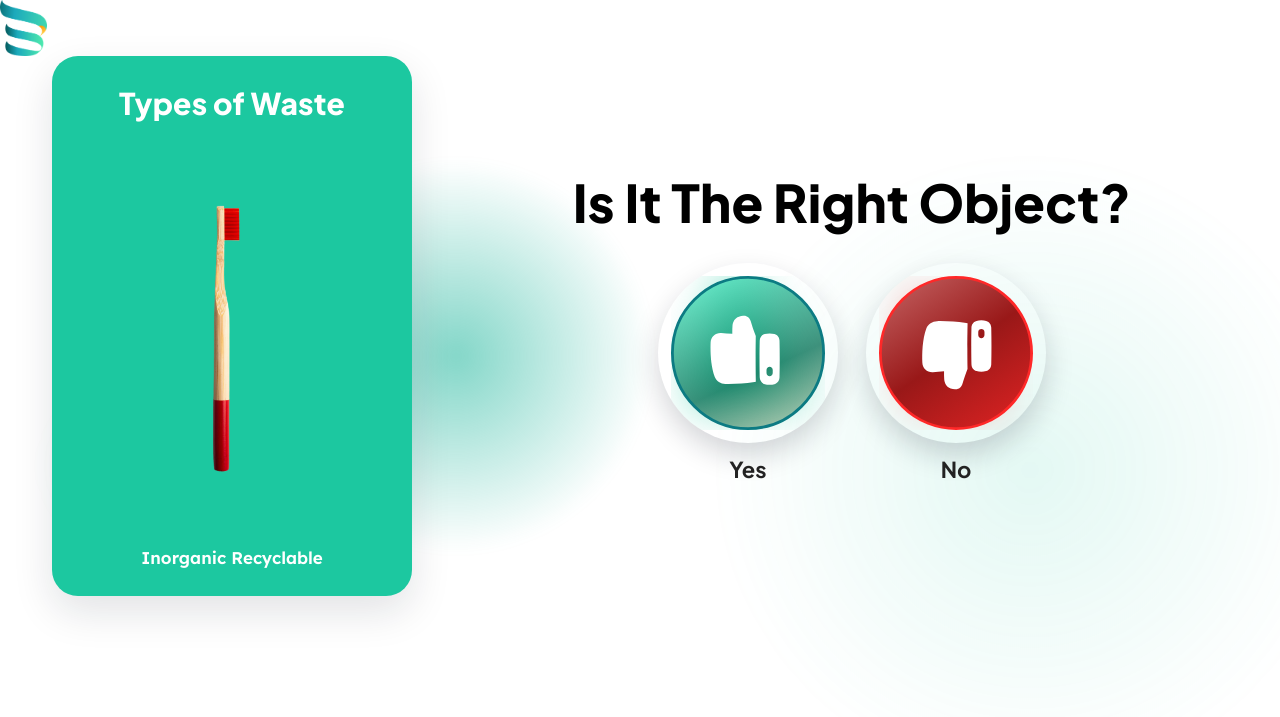
Repository: william-saputra/nusabin
Page: pages/products.html
These files come from the project's save history. The page is drawn as it stood at one moment and after the next save; the edit follows.
The browser window is 1280 px wide. The pictures show the whole page.

Above is the page before, as saved 2025-08-13 10:58:30.

### pages/products.html
<!DOCTYPE html>
<html lang="en">
  <head>
    <meta charset="UTF-8" />
    <meta name="viewport" content="width=device-width, initial-scale=1.0" />
    <title>Nusabin – Products</title>
    <link href="https://fonts.googleapis.com/css2?family=Lexend:wght@400;600;700;800&family=Plus+Jakarta+Sans:wght@600;700;800&display=swap" rel="stylesheet" />
    <link rel="stylesheet" href="../styles/base.css" />
    <link rel="stylesheet" href="../styles/pages/products.css" />
  </head>
  <body>
    <div class="products-page">
      <header class="topbar">
        <img src="../assets/images/green_logo.png" alt="Nusabin" class="logo" />
        <div class="spacer"></div>
      </header>

      <main class="products-layout container">
        <section class="left-col">
          <article class="waste-card" aria-label="Types of Waste card">
            <h2 class="card-title">Types of Waste</h2>
            <div class="waste-visual">
              <img src="../assets/images/toothbrush.png" alt="Toothbrush" class="waste-image" />
            </div>
            <div class="waste-label">Inorganic Recyclable</div>
          </article>
        </section>

        <section class="right-col">
          <h1 class="page-heading">Is It The Right Object?</h1>
          <div class="actions" role="group" aria-label="Confirmation actions">
            <div class="action">
              <button class="round-btn yes" type="button" aria-label="Yes">
                <img src="../assets/icons/yes.svg" alt="Yes" />
              </button>
              <div class="btn-caption">Yes</div>
            </div>
            <div class="action">
              <button class="round-btn no" type="button" aria-label="No">
                <img src="../assets/icons/no.svg" alt="No" />
              </button>
              <div class="btn-caption">No</div>
            </div>
          </div>
        </section>
      </main>
    </div>
  </body>
  </html>

### styles/base.css
:root {
  --bg: #f6f9f8;
  --card: #ffffff;
  --text: #0b1220;
  --muted: #6b7280;
  --primary: #1cb59b;
  --danger: #e53935;
  --warning: #ffb74d;
  --ring: rgba(28, 181, 155, 0.35);
}

* { box-sizing: border-box; }
html, body { height: 100%; }
body {
  margin: 0;
  font-family: Lexend, Inter, system-ui, -apple-system, Segoe UI, Roboto, Helvetica, Arial, "Apple Color Emoji", "Segoe UI Emoji";
  color: var(--text);
  background: radial-gradient(1200px 700px at 70% 70%, #7ed8c4 0%, #b8efe5 35%, #f6f9f8 65%) no-repeat fixed;
}

/* Generic layout */
.homepage { padding: 24px; }
.topbar { display: flex; align-items: center; gap: 16px; }
.spacer { flex: 1 1 auto; }
.logo { height: 56px; }

.theme-toggle { display: flex; align-items: center; gap: 10px; font-weight: 600; }
.theme-toggle .label { opacity: 0.9; }

/* Toggle */
.switch { position: relative; display: inline-block; width: 54px; height: 30px; }
.switch input { display: none; }
.slider { position: absolute; cursor: pointer; top: 0; left: 0; right: 0; bottom: 0; background: #111; transition: .2s; border-radius: 999px; }
.slider:before { position: absolute; content: ""; height: 22px; width: 22px; left: 4px; bottom: 4px; background: #fff; transition: .2s; border-radius: 50%; }
input:checked + .slider { background: #cdd2d6; }
input:checked + .slider:before { transform: translateX(24px); }

/* Alerts */
.alerts { display: grid; grid-template-columns: 1fr; gap: 12px; margin: 18px 0; }
.alert { display: grid; grid-template-columns: auto 1fr auto; align-items: center; gap: 12px; padding: 8px 16px; border-radius: 50px; box-shadow: 0 8px 24px rgba(0,0,0,.06); font-family: Lexend, Inter, sans-serif; border: 1px solid currentColor; }
.alert .text { font-weight: 600; letter-spacing: .2px; }
.alert .close { appearance: none; border: 0; background: transparent; cursor: pointer; opacity: 0.6; font-size: 16px; color: inherit; }
.alert.pill[data-variant="danger"] { color: #FF2828; background: #FFECEC; }
.alert.pill[data-variant="warning"] { color: #EA800E; background: #FFF2E3; }
.alert-icon { flex: 0 0 auto; width: 40px; height: 40px; }

/* Align alerts: left and right margins consistent */
.left-col .alerts, .right-panel .alerts { margin: 16px 8px; }

/* Page bottom glow circle */
.page-bottom-decor { position: fixed; left: 50%; bottom: -180px; transform: translateX(-50%); width: 1200px; height: 1200px; border-radius: 50%; background: radial-gradient(closest-side, rgba(18,184,134,0.35), rgba(18,184,134,0) 70%); filter: blur(12px); pointer-events: none; z-index: -1; }

/* Main layout */
.layout { display: grid; grid-template-columns: 1.35fr 480px; gap: 24px; align-items: start; }
.left-col { display: block; }
.left-grid { display: grid; grid-template-columns: 1.7fr 1fr; gap: 18px; }

.card { background: var(--card); border-radius: 22px; padding: 28px; box-shadow: 0 6px 20px rgba(0,0,0,.06); position: relative; overflow: hidden; }
.card::before, .card::after { content: ""; position: absolute; pointer-events: none; border-radius: 50%; filter: blur(40px); opacity: 0.9; }
.card::before { width: 260px; height: 180px; top: -70px; right: 30px; background: radial-gradient(closest-side, rgba(255,189,57,0.55), rgba(255,189,57,0) 70%); }
.card::after  { width: 220px; height: 160px; top: -50px; left: 40%; transform: translateX(-50%); background: radial-gradient(closest-side, rgba(255,225,149,0.55), rgba(255,225,149,0) 70%); }
.card-buckets { display: block; background: #E2F6EC; min-height: 460px; }
.card-bucket-single { display: block; background: #E2F6EC; min-height: 460px; }

.bucket-group { display: grid; grid-template-columns: 1fr 1fr; gap: 36px; justify-items: center; }
.bucket-item { display: grid; justify-items: center; gap: 10px; }
.bucket-svg { width: 100%; max-width: 240px; height: auto; display: block; }
.bucket-static { pointer-events: none; }

.bucket-metrics { text-align: center; }
.bucket-metrics .percent { font-weight: 800; font-size: 28px; color: #12B886; }
.bucket-metrics .percent.danger { color: #F44336; }
.bucket-metrics .liter { color: #6C757D; font-size: 16px; }

.chip { display: inline-flex; flex-direction: column; align-items: center; gap: 4px; padding: 14px 22px; border-radius: 16px; background: #fff; border: 1.5px solid #0DC798; font-size: 22px; line-height: 1.1; min-height: 52px; min-width: 240px; }
.chip span { color: #6C757D; font-weight: 500; }
.chip strong { font-weight: 700; }
.chip-positive strong { color: #12B886; }
.chip-negative strong { color: #F44336; }
.chip {
  background-image: radial-gradient(circle at 20% 20%, rgba(13, 207, 173, 0.12) 0 20%, rgba(13, 207, 173, 0) 21%),
                    radial-gradient(circle at 80% 60%, rgba(13, 207, 173, 0.12) 0 20%, rgba(13, 207, 173, 0) 21%);
  background-size: 120px 120px, 140px 140px;
}

.chip-2line { font-size: 15px; }

.right-panel { display: grid; grid-template-rows: 1fr auto; gap: 18px; }
.right-panel { background: linear-gradient(180deg, #72c9bd 0%, #3ba79b 35%, #1b6f67 100%); padding: 20px; border-radius: 16px; }
.machine-wrapper { display: grid; place-items: center; background: linear-gradient(180deg, rgba(255,255,255,0.18), rgba(255,255,255,0)); border-radius: 16px; min-height: 400px; box-shadow: inset 0 0 0 1px rgba(255,255,255,0.15); }
.machine { max-width: 100%; height: auto; object-fit: contain; transform: scale(1.3); transform-origin: center; }

.status-panel { background: transparent; border-radius: 16px; padding: 0; display: grid; gap: 16px; }
.status-row { display: flex; align-items: center; justify-content: space-between; padding: 16px 18px; border-radius: 18px; }
.status-row .label { font-weight: 600; font-size: 24px; }
.status-row.variant-dark { background: #1f3b3f; color: #ffffff; }
.status-row.variant-light { background: #ffffff; color: #111; border: 3px solid #22c3a4; box-shadow: 0 8px 24px rgba(0,0,0,.08); }
.status-pill { border-radius: 999px; padding: 10px 22px; font-weight: 600; font-size: 18px; }
.pill-open { background: #f1c24e; color: #ffffff; border: 4px solid #ffffff; box-shadow: 0 2px 0 rgba(0,0,0,.06) inset; }
.pill-on { background: #ecfffb; color: #12b89a; border: 4px solid #12b89a; }

.clickable-area { cursor: pointer; }

/* Decorative half-circle with glow on the left bottom */
.left-col { position: relative; }
.left-col::after { content: ""; position: absolute; left: 50%; transform: translateX(-10%); bottom: -40px; width: 560px; height: 560px; border-bottom-left-radius: 560px; border-bottom-right-radius: 560px; border-top-left-radius: 560px; border-top-right-radius: 560px; background: radial-gradient(closest-side, rgba(28,181,155,0.55), rgba(28,181,155,0) 70%); filter: blur(6px); z-index: -1; }
.left-col::before { content: ""; position: absolute; left: 40%; transform: translateX(-50%); bottom: 20px; width: 380px; height: 220px; border-radius: 380px 380px 0 0; background: radial-gradient(closest-side, rgba(60,220,178,0.7), rgba(60,220,178,0) 70%); filter: blur(20px); z-index: -1; }

/* Dark mode */
.dark body, body.dark { background: radial-gradient(1200px 700px at 70% 70%, #0e3c3b 0%, #0f6b61 35%, #071b1a 65%); color: #e5f6f1; }
body.dark .card, body.dark .status-panel { background: #0a1414; color: #e6f5f1; }
body.dark .chip { background: #08201c; border-color: #0f3f36; }
body.dark .bucket-metrics .percent { color: #55e3c7; }
body.dark .status-row { background: #051010; }
body.dark .status-pill { background: #0b2a26; }

/* Utilities for specific wrappers that shouldn't navigate */
.no-nav { pointer-events: auto; }

@media (max-width: 1100px) {
  .layout { grid-template-columns: 1fr; }
  .right-panel { order: -1; }
}

### styles/pages/products.css
:root{
	--bg:#ffffff;
	--teal:#1CC8A0;
	--teal-deep:#13a887;
	--teal-ring:#0f8e72;
	--red:#e4473a;
	--red-ring:#ff7a70;
	--text:#000000;
	--muted:#666666;
}

*{box-sizing:border-box}
html,body{height:100%}
body{margin:0;font-family:Lexend,system-ui,Segoe UI,Roboto,Helvetica,Arial,sans-serif;color:var(--text);background:#fff}

/* subtle bottom-right green gradient (very soft) */
.products-page{min-height:100vh;position:relative}
.products-page::after{content:"";position:fixed;right:-200px;bottom:-200px;width:900px;height:900px;border-radius:50%;background:radial-gradient(closest-side, rgba(28,200,160,0.12), rgba(28,200,160,0) 70%);filter:blur(12px);pointer-events:none;z-index:-1}

.container{max-width:1240px;margin:0 auto;padding:0 32px}

/* Layout */
.products-layout{display:grid;grid-template-columns:360px 1fr;gap:64px;align-items:center}
.left-col,.right-col{display:block}

/* Waste card */
.waste-card{background:var(--teal);color:#fff;border-radius:26px;padding:28px;box-shadow:0 16px 40px rgba(16,24,40,0.12);display:flex;flex-direction:column;min-height:540px;align-items:center}
.card-title{margin:0 0 16px;font-weight:800;font-size:30px;letter-spacing:.2px;font-family:"Plus Jakarta Sans", Lexend, system-ui, sans-serif;text-align:center}
.waste-visual{flex:1 1 auto;display:grid;place-items:center;width:100%;}
.waste-image{max-height:80%;max-width:88%;height:auto;width:auto;object-fit:contain;margin:0 auto}
.waste-label{text-align:center;font-size:17px;font-weight:600;margin-top:auto;padding-top:18px;width:100%}

/* Right column */
.page-heading{margin:0 0 28px;font-weight:800;font-size:52px;letter-spacing:.2px;text-align:center;font-family:"Plus Jakarta Sans", Lexend, system-ui, sans-serif}
.actions{display:flex;align-items:center;justify-content:center;gap:28px}
.action{display:grid;justify-items:center;gap:12px}

.round-btn{appearance:none;border:0;cursor:pointer;border-radius:999px;width:180px;height:180px;display:grid;place-items:center;box-shadow:0 12px 28px rgba(16,24,40,0.18);transition:transform .15s ease, box-shadow .15s ease;overflow:hidden}
.round-btn img{width:92%;height:92%;object-fit:contain}
.round-btn:focus{outline:3px solid rgba(0,0,0,.15);outline-offset:3px}
.round-btn:hover{transform:scale(1.03);box-shadow:0 16px 36px rgba(16,24,40,0.22)}
.round-btn:active{transform:scale(.98)}

.round-btn.yes{background:transparent;border:0}
.round-btn.no{background:transparent;border:0}

.btn-caption{font-size:22px;font-weight:700;color:#222;font-family:"Plus Jakarta Sans", Lexend, system-ui, sans-serif}

@media (max-width:1100px){
	.products-layout{grid-template-columns:1fr;gap:32px}
	.page-heading{font-size:44px}
	.actions{gap:22px}
	.round-btn{width:156px;height:156px}
}

After the next save:
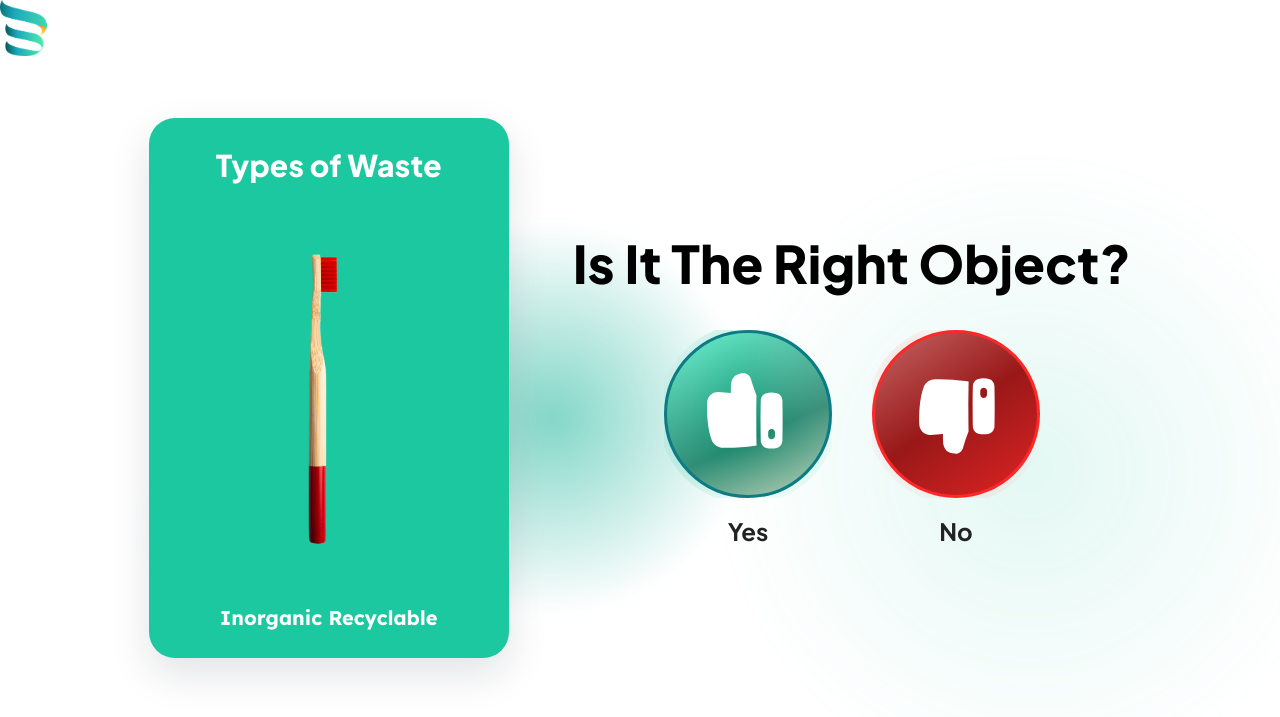
Saved 2 min 44 s later.
--- a/styles/pages/products.css
+++ b/styles/pages/products.css
@@ -14,29 +14,29 @@ html,body{height:100%}
 body{margin:0;font-family:Lexend,system-ui,Segoe UI,Roboto,Helvetica,Arial,sans-serif;color:var(--text);background:#fff}
 
 /* subtle bottom-right green gradient (very soft) */
-.products-page{min-height:100vh;position:relative}
+.products-page{min-height:100vh;position:relative;display:grid;grid-template-rows:auto 1fr}
 .products-page::after{content:"";position:fixed;right:-200px;bottom:-200px;width:900px;height:900px;border-radius:50%;background:radial-gradient(closest-side, rgba(28,200,160,0.12), rgba(28,200,160,0) 70%);filter:blur(12px);pointer-events:none;z-index:-1}
 
 .container{max-width:1240px;margin:0 auto;padding:0 32px}
 
 /* Layout */
-.products-layout{display:grid;grid-template-columns:360px 1fr;gap:64px;align-items:center}
+.products-layout{display:grid;grid-template-columns:360px 1fr;gap:64px;align-items:center;min-height:calc(100vh - 120px)}
 .left-col,.right-col{display:block}
 
 /* Waste card */
 .waste-card{background:var(--teal);color:#fff;border-radius:26px;padding:28px;box-shadow:0 16px 40px rgba(16,24,40,0.12);display:flex;flex-direction:column;min-height:540px;align-items:center}
 .card-title{margin:0 0 16px;font-weight:800;font-size:30px;letter-spacing:.2px;font-family:"Plus Jakarta Sans", Lexend, system-ui, sans-serif;text-align:center}
 .waste-visual{flex:1 1 auto;display:grid;place-items:center;width:100%;}
-.waste-image{max-height:80%;max-width:88%;height:auto;width:auto;object-fit:contain;margin:0 auto}
-.waste-label{text-align:center;font-size:17px;font-weight:600;margin-top:auto;padding-top:18px;width:100%}
+.waste-image{max-height:88%;max-width:92%;height:auto;width:auto;object-fit:contain;margin:0 auto}
+.waste-label{text-align:center;font-size:20px;font-weight:700;margin-top:auto;padding-top:18px;width:100%}
 
 /* Right column */
 .page-heading{margin:0 0 28px;font-weight:800;font-size:52px;letter-spacing:.2px;text-align:center;font-family:"Plus Jakarta Sans", Lexend, system-ui, sans-serif}
 .actions{display:flex;align-items:center;justify-content:center;gap:28px}
 .action{display:grid;justify-items:center;gap:12px}
 
-.round-btn{appearance:none;border:0;cursor:pointer;border-radius:999px;width:180px;height:180px;display:grid;place-items:center;box-shadow:0 12px 28px rgba(16,24,40,0.18);transition:transform .15s ease, box-shadow .15s ease;overflow:hidden}
-.round-btn img{width:92%;height:92%;object-fit:contain}
+.round-btn{appearance:none;border:0;cursor:pointer;border-radius:999px;width:180px;height:180px;display:grid;place-items:center;transition:transform .15s ease;overflow:hidden;background:transparent}
+.round-btn img{width:100%;height:100%;object-fit:contain}
 .round-btn:focus{outline:3px solid rgba(0,0,0,.15);outline-offset:3px}
 .round-btn:hover{transform:scale(1.03);box-shadow:0 16px 36px rgba(16,24,40,0.22)}
 .round-btn:active{transform:scale(.98)}
@@ -44,7 +44,7 @@ body{margin:0;font-family:Lexend,system-ui,Segoe UI,Roboto,Helvetica,Arial,sans-
 .round-btn.yes{background:transparent;border:0}
 .round-btn.no{background:transparent;border:0}
 
-.btn-caption{font-size:22px;font-weight:700;color:#222;font-family:"Plus Jakarta Sans", Lexend, system-ui, sans-serif}
+.btn-caption{font-size:24px;font-weight:700;color:#222;font-family:"Plus Jakarta Sans", Lexend, system-ui, sans-serif}
 
 @media (max-width:1100px){
 	.products-layout{grid-template-columns:1fr;gap:32px}
